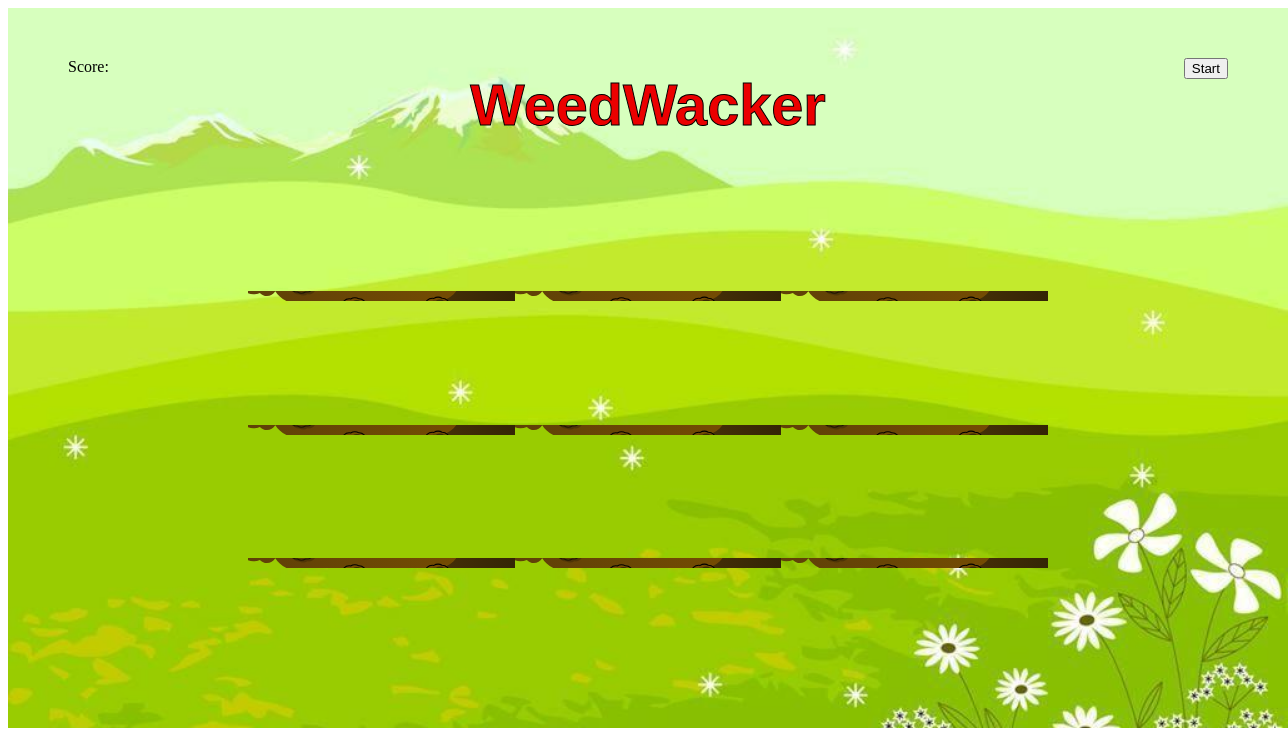
Repository: AustinW24/weedwacker
Page: index.html
These files come from the project's save history. The page is drawn as it stood at one moment and after the next save; the edit follows.
The browser window is 1280 px wide. The page is 1288 px wide, so the pictures cover 1288 px, including what lies to the right of the window. The pictures show the whole page.
Some web fonts or font styles are not loaded; a fallback is used.

Above is the page before, as saved 2022-02-09 10:22:11.

### index.html
<!DOCTYPE html>
<html lang="en">

<head>
    <meta charset="UTF-8">
    <meta name="viewport" content="width=device-width, initial-scale=1.0">
    <meta http-equiv="X-UA-Compatible" content="ie=edge">
    <title>WeedWacker</title>
    <link href="http://fonts.cdnfonts.com/css/common-pixel" rel="stylesheet">
    <link rel="stylesheet" href="style.css">
</head>

<body>
    <div class="container">

        <div class="score">Score: </div>
        <div class="heading">
            <h1 class="title">WeedWacker</h1>
        </div>
        <div class="start">
            <button onClick="startGame()">Start</button>
        </div>
        <div class="game">
            <div class="hole hole1">
                <div class="mole"></div>
            </div>
            <div class="hole hole2">
                <div class="mole"></div>
            </div>
            <div class="hole hole3">
                <div class="mole"></div>
            </div>
            <div class="hole hole4">
                <div class="mole"></div>
            </div>
            <div class="hole hole5">
                <div class="mole"></div>
            </div>
            <div class="hole hole6">
                <div class="mole"></div>
            </div>
            <div class="hole hole7">
                <div class="mole"></div>
            </div>
            <div class="hole hole8">
                <div class="mole"></div>
            </div>
            <div class="hole hole9">
                <div class="mole"></div>
            </div>
        </div>

    </div>
    <script src="main.js"></script>
</body>

</html>

### style.css
html{
    box-sizing: border-box;
    margin: 0 auto;
}

*, *:before, *:after {
    box-sizing: inherit;
}

.container {
    height: 100vh;
    width: 100vw;
    background: url("/assets/wwbackground.jpg") no-repeat center;
    background-size: 100%;
    display: flex;
    align-items: center;
    justify-content: center;
    position: relative;
}

.game {
    display: flex;
    flex-wrap: wrap;
    width: 800px;
    height: 400px;
    margin: 0 auto;

    /* display: grid;
    place-items: center;
    grid-template-columns: repeat(3, 1fr);
    grid-template-rows: repeat(3, 1fr);
    column-gap: 10px;
    row-gap: 15px;
    width: 50%;
    height: 80%;
    position: absolute;
    bottom: 0;
    margin-bottom: 10px;
    margin-top: 20%;
    outline: 2px solid blue;
    justify-content: center; */
}

.hole {
    flex: 1 0 33.33%;
    overflow: hidden;
    position: relative;
}

.hole:after {
    display: block;
    background: url("/assets/dirt.svg") bottom center no-repeat;
    content: '';
    position: absolute;
    width: 100%;
    height: 40px;
    z-index: 2;
    bottom: -30px;
}
.heading {
    display: flex;
    position: absolute;
    top: 0;
    margin-top: 2%;
    font-family: 'Common Pixel', sans-serif;
    color: rgb(235, 0, 0);
    font-size: 2vw;
    font-size: 4vh;
    -webkit-text-stroke-width: 1px;
    -webkit-text-stroke-color: black;
}

.score {
    left: 0;
    position: absolute;
    top: 0;
    margin-top: 50px;
    margin-left: 60px;
}
.start {
    right: 0;
    position: absolute;
    top: 0;
    margin-top: 50px;
    margin-right: 60px;
}

### main.js
let score = 0;

Loaded but not shown: assets/dirt.svg (40 lines, source omitted)

After the next save:
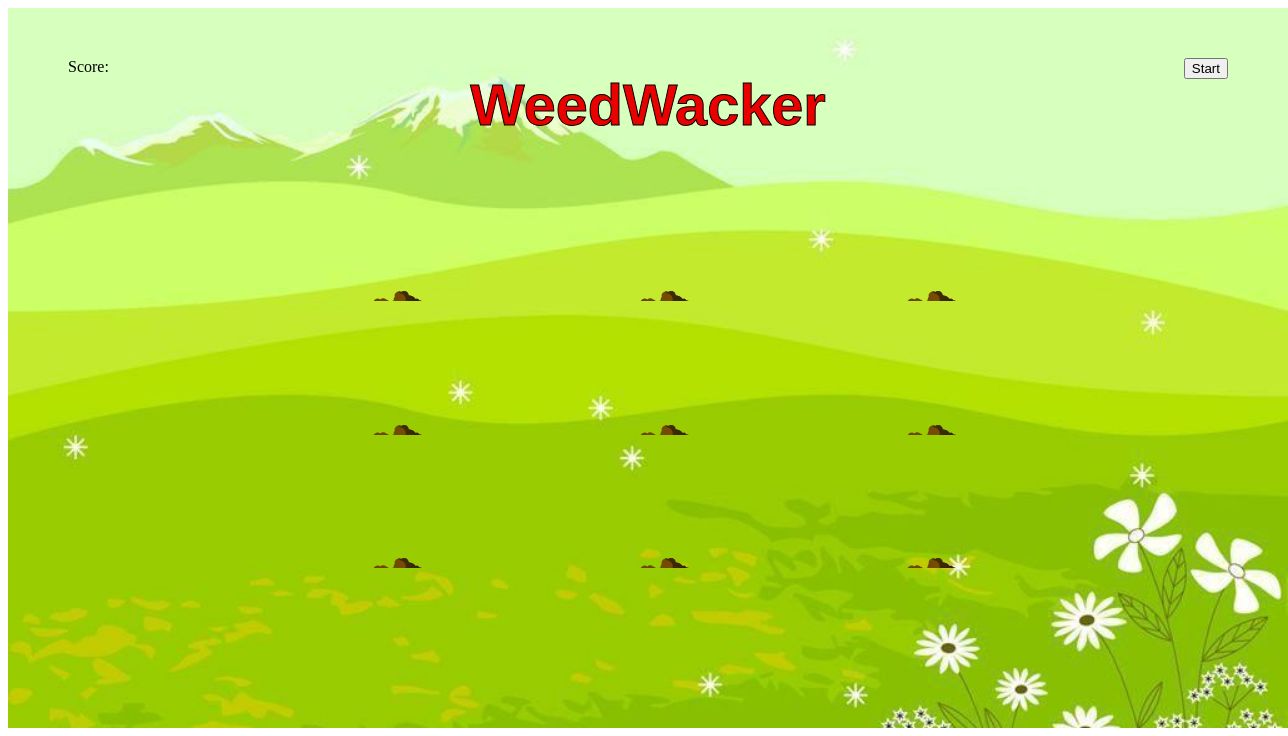
Saved 18 s later.
--- a/style.css
+++ b/style.css
@@ -50,6 +50,7 @@ html{
 .hole:after {
     display: block;
     background: url("/assets/dirt.svg") bottom center no-repeat;
+    background-size: contain;
     content: '';
     position: absolute;
     width: 100%;
